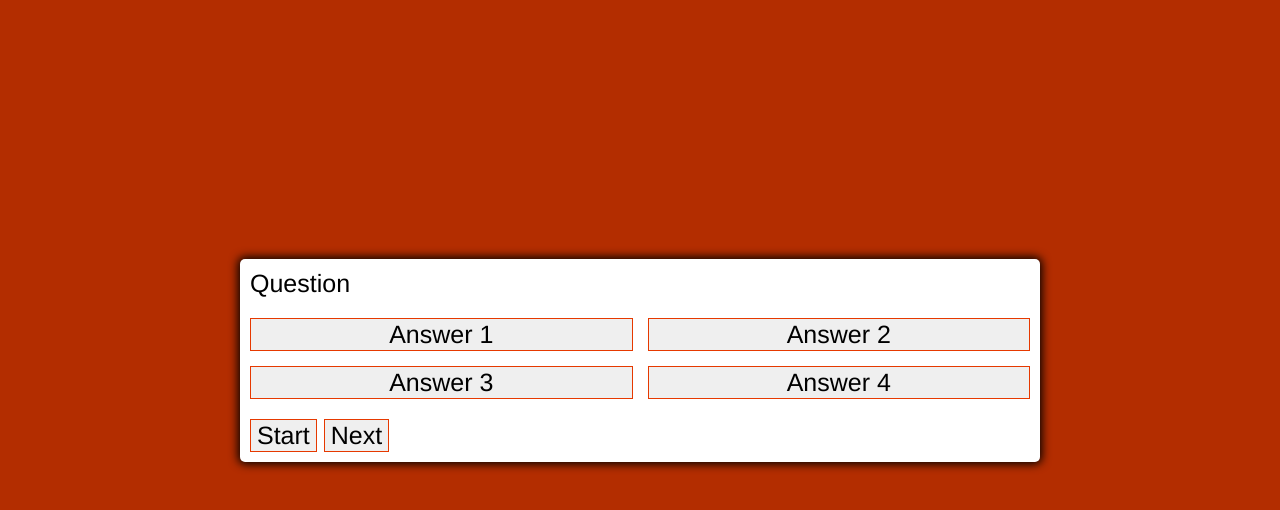
Repository: Vshepard879/Code-Quiz
Page: index.html
These files come from the project's save history. The page is drawn as it stood at one moment and after the next save; the edit follows.
The browser window is 1280 px wide. The pictures show the whole page.

Above is the page before, as saved 2022-03-18 02:05:46.

### index.html
<!DOCTYPE html>
<html lang="en">
<head>
    <meta charset="UTF-8">
    <meta http-equiv="X-UA-Compatible" content="IE=edge">
    <meta name="viewport" content="width=device-width, initial-scale=1.0">
    <link href="./assets/css/style.css" link rel="stylesheet">
    <script defer src="./assets/js/script.js"></script>
    <title>Quiz App</title>
</head>
<body>
    <div class="container">
        <div id="question-container" class="hide">
            <div id="question-container" class="hide">
                <div id="question">Question</div>
                <div id="answer-buttons" class="btn-grid">
                <button class="btn">Answer 1</button>
                <button class="btn">Answer 2</button>
                <button class="btn">Answer 3</button>
                <button class="btn">Answer 4</button>
            </div>
        </div>
        <div class="controls">
            <button id="start-btn" class="start-btn btn">Start</button>
            <button id="next-btn" class="next-btn btn hide">Next</button>
        </div>
    </div>
</body>
</html>

### assets/css/style.css
*, *::before, *::after {
    box-sizing: border-box;
    font-family: 'Franklin Gothic Medium', 'Arial Narrow', Arial, sans-serif;
    font-size: 25px;
}

:root {
    --hue-neutral: 15;
    --hue-wrong: 0;
    --hue-correct: 145;
}

body {
    --hue: var(--hue-neutral);
    padding: 0;
    margin: 0;
    display: flex;
    width: 100vw;
    height: 100vh;
    justify-content:center;
    align-items:center;
    background-color:hsl(var(--hue), 100%, 35%);
}


body.correct {
    --hue: var(--hue-correct);
}

body.wrong {
    --hue: var(--hue-wrong);
}

.container {
    width: 800px;
    max-width: 70%;
    background-color: white;
    border-radius: 5px;
    padding: 10px;
    box-shadow: 0 0 10px 2px;
}

.btn-grid {
    display: grid;
    grid-template-columns: repeat(2, auto);
    gap: 15px;
    margin: 20px 0;
}


.btn {
    --hue: var(--hue-neutral);
    border: 1px solid hsl(var(--hue),100%, 45%);
}

Loaded but not shown: assets/js/script.js (no stored copy; drawn as an empty file)

After the next save:
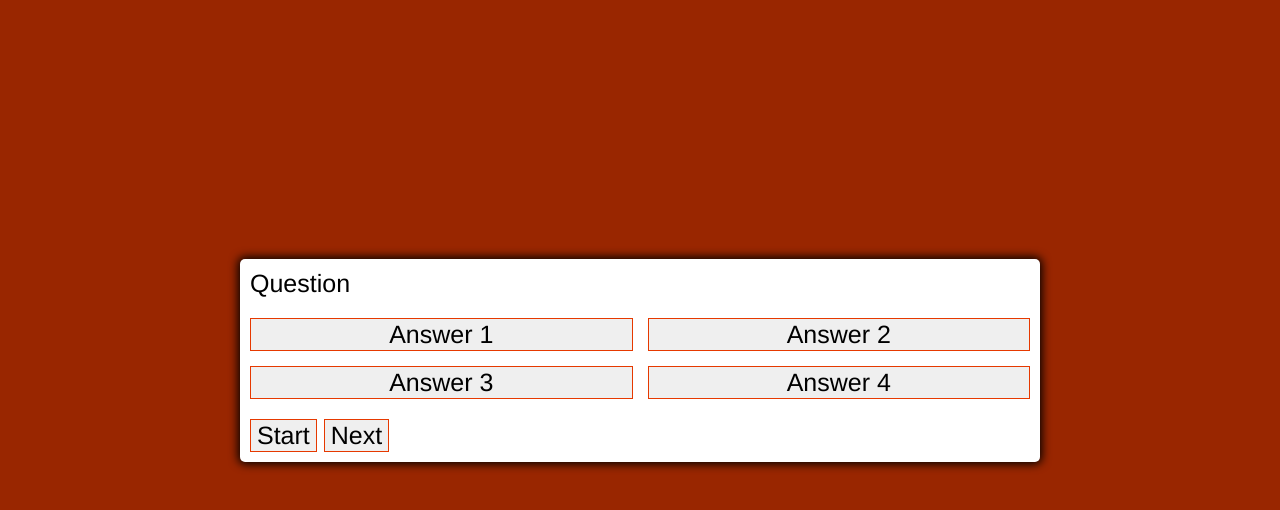
Saved 27 s later.
--- a/assets/css/style.css
+++ b/assets/css/style.css
@@ -19,7 +19,7 @@
     height: 100vh;
     justify-content:center;
     align-items:center;
-    background-color:hsl(var(--hue), 100%, 35%);
+    background-color:hsl(var(--hue), 100%, 30%);
 }
 
 

After the 5 saves that followed:
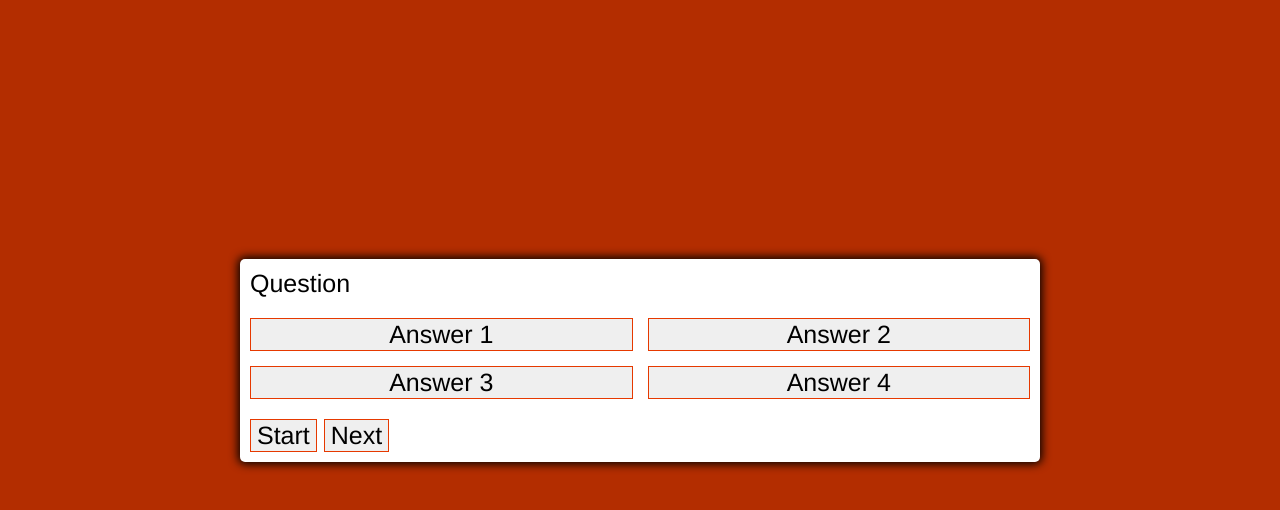
The 5 saves are shown as one change because 4 left the picture as it was.
The last was saved 35 s later.
--- a/assets/css/style.css
+++ b/assets/css/style.css
@@ -19,7 +19,7 @@
     height: 100vh;
     justify-content:center;
     align-items:center;
-    background-color:hsl(var(--hue), 100%, 30%);
+    background-color:hsl(var(--hue), 100%, 35%);
 }
 
 
